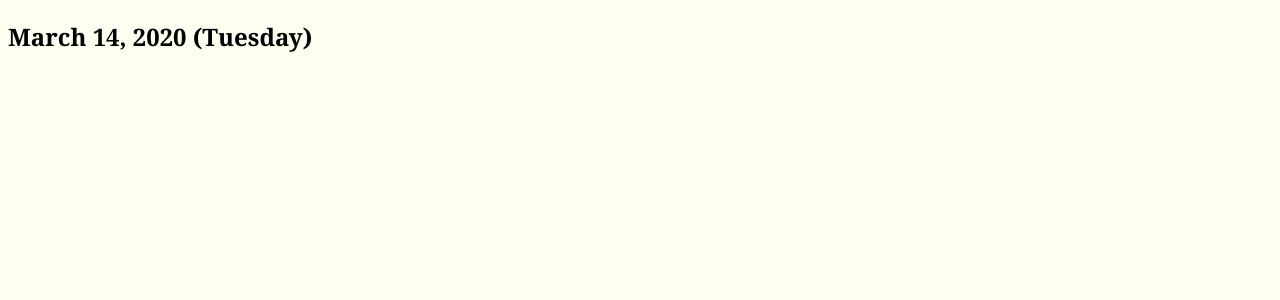
Repository: chocochocosensei/Mission-Exercises
Page: page3/index.html
An editor plug-in stored every save of this project. The page is shown before and after the next save, followed by the edit.
The browser window is 1280 px wide. The pictures show the whole page.

Above is the page before, as saved 2020-03-10 13:49:32.

After the next save:
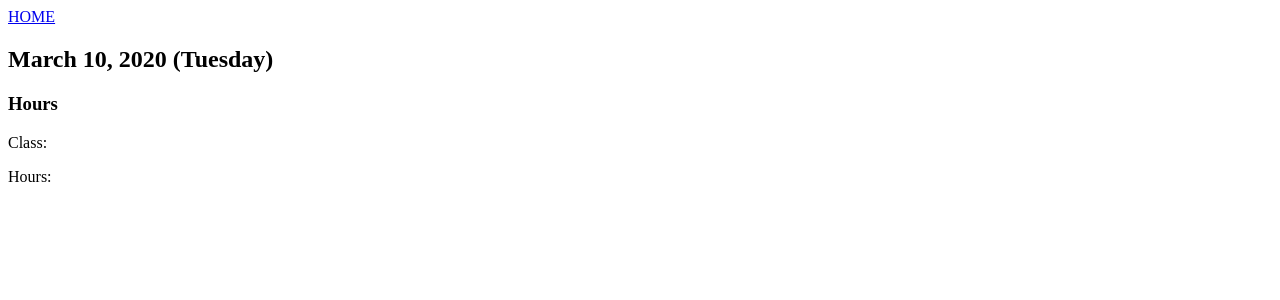
Saved 69 s later.
--- a/page3/index.html
+++ b/page3/index.html
@@ -1,36 +1,26 @@
 <!DOCTYPE html>
-<html>
-
-<head>
-    <meta http-equiv="Content-Type" content="text/html;charset=UTF-8">
-    <meta name="viewport" content="width=device-width, initial-scale=1.0">
-    <link rel="stylesheet" href="../style.css">
-    <title>Mission Exercises March 14, 2020</title>
-</head>
-
-<body>
-    <section>
-        <div class="section-title">
-            <h2 id="2020-03-10@12:28:22">March 14, 2020 (Tuesday)</h2>
+<section>
+    <div><a href="../style.css">HOME</a></div>
+</section>
+<section>
+    <div class="section-title">
+        <h2 id="2020-03-10@13:49:51">March 10, 2020 (Tuesday)</h2>
+    </div>
+    <div class="section-activity">
+        <div class="card">
+            <div class="title">
+                <h3></h3>
+            </div>
+            <div class="content"></div>
         </div>
-        <div class="section-activity">
-            <div class="card">
-                <div class="title">
-                    <h3></h3>
-                </div>
-                <div class="content"></div>
+        <div class="card, hidden, hours">
+            <div class="title">
+                <h3>Hours</h3>
             </div>
-            <div class="card hidden hours">
-                <div class="title">
-                    <h3>Hours</h3>
-                </div>
-                <div class="content">
-                    <p>Class: 10:30-12:30</p>
-                    <p>Hours: 2</p>
-                </div>
+            <div class="content">
+                <p>Class: </p>
+                <p>Hours: </p>
             </div>
         </div>
-    </section>
-</body>
-
-</html>
+    </div>
+</section>

After the 2 saves that followed:
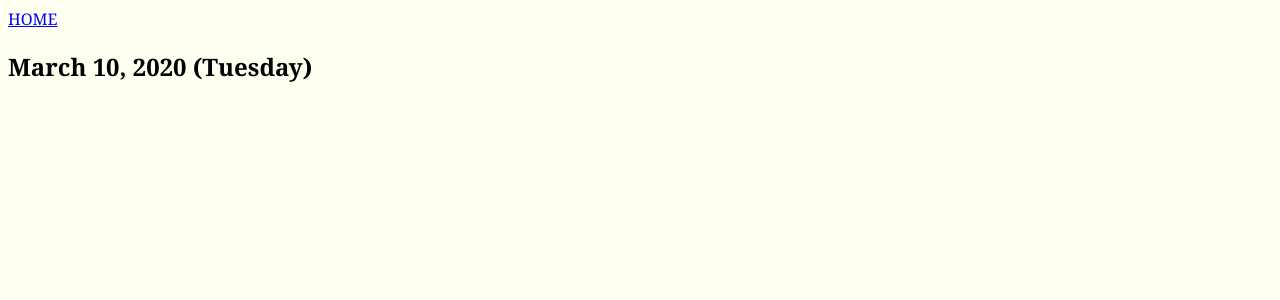
The 2 saves are shown as one change because 1 left the picture as it was.
The last was saved 3 min 33 s later.
--- a/page3/index.html
+++ b/page3/index.html
@@ -1,26 +1,39 @@
 <!DOCTYPE html>
-<section>
-    <div><a href="../style.css">HOME</a></div>
-</section>
-<section>
-    <div class="section-title">
-        <h2 id="2020-03-10@13:49:51">March 10, 2020 (Tuesday)</h2>
-    </div>
-    <div class="section-activity">
-        <div class="card">
-            <div class="title">
-                <h3></h3>
+<html>
+
+<head>
+    <meta http-equiv="Content-Type" content="text/html;charset=UTF-8">
+    <meta name="viewport" content="width=device-width, initial-scale=1.0">
+    <link rel="stylesheet" href="../style.css">
+    <title>Mission Exercises March 10, 2020</title>
+</head>
+
+<body>
+    <section>
+        <div><a href="../style.css">HOME</a></div>
+    </section>
+    <section>
+        <div class="section-title">
+            <h2 id="2020-03-10@13:53:58">March 10, 2020 (Tuesday)</h2>
+        </div>
+        <div class="section-activity">
+            <div class="card">
+                <div class="title">
+                    <h3></h3>
+                </div>
+                <div class="content"></div>
             </div>
-            <div class="content"></div>
-        </div>
-        <div class="card, hidden, hours">
-            <div class="title">
-                <h3>Hours</h3>
-            </div>
-            <div class="content">
-                <p>Class: </p>
-                <p>Hours: </p>
+            <div class="card hidden hours">
+                <div class="title">
+                    <h3>Hours</h3>
+                </div>
+                <div class="content">
+                    <p>Class: </p>
+                    <p>Hours: </p>
+                </div>
             </div>
         </div>
-    </div>
-</section>
+    </section>
+</body>
+
+</html>
